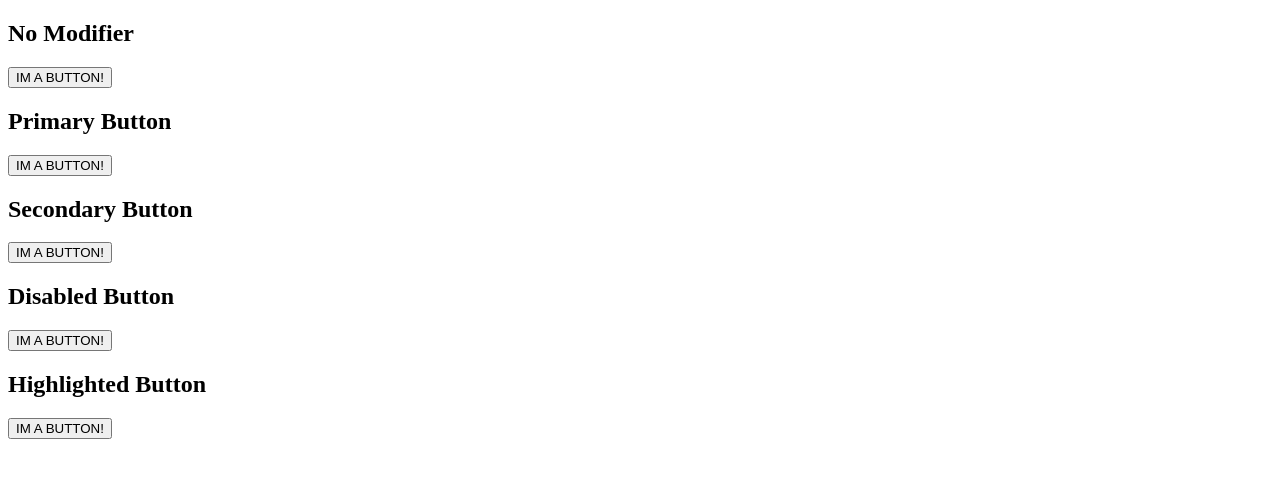
Repository: Jvien2/3126-repo
Page: index.html
The author's editor kept a copy of each file at every save. The page is drawn from the files as they stood at one save, then again after the next save.
The browser window is 1280 px wide. The pictures show the whole page.

Above is the page before, as saved 2026-10-01 00:55:51.
Not found: code.js

### index.html
<!DOCTYPE html>
<html lang="en">
<head>
    <meta charset="UTF-8">
    <meta name="viewport" content="width=device-width, initial-scale=1.0">
    <title>Assignment 1</title>
    <link rel="stylesheet" href="style.css">
    <script src="code.js" defer></script>
</head>
<body>
    <!-- regular button -->
    <h2>No Modifier</h2>
        <button class="btn">IM A BUTTON!</button>

    <!-- prmary -->
    <h2>Primary Button</h2>
        <button class="btn btn-primary">IM A BUTTON!</button>

    <!-- secondary -->
    <h2>Secondary Button</h2>
         <button class="btn btn-secondary">IM A BUTTON!</button>

    <!-- disabled -->
    <h2>Disabled Button</h2>
         <button class="btn btn-disabled">IM A BUTTON!</button>

    <!-- highlighted -->
    <h2>Highlighted Button</h2>
         <button class="btn btn-highlight">IM A BUTTON!</button>

</body>
</html>

### style.css
.btn {
    width: fit-content;
}

After the next save:
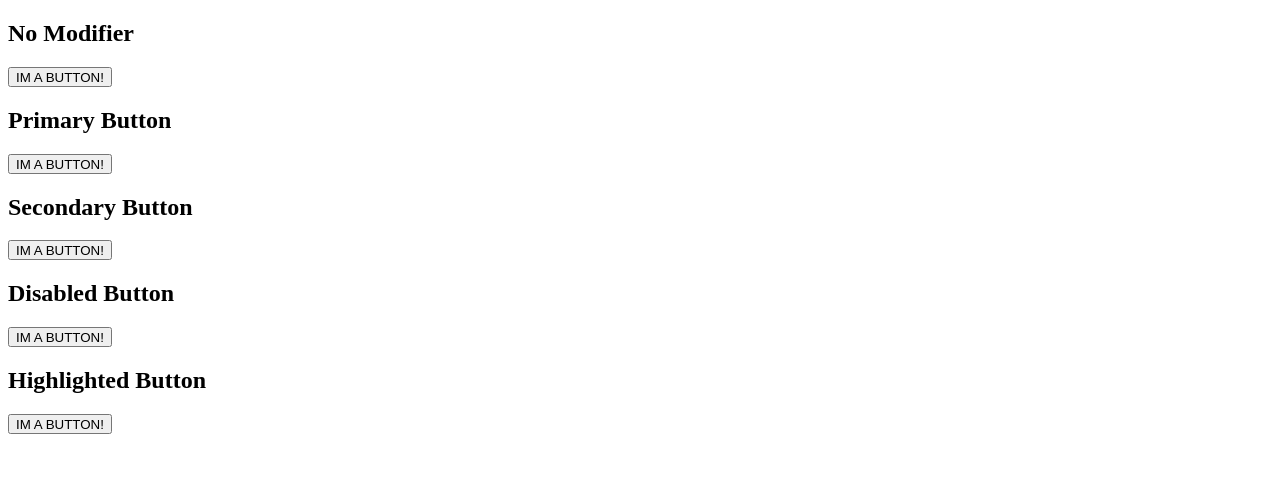
Saved 13 s later.
--- a/style.css
+++ b/style.css
@@ -1,3 +1,4 @@
 .btn {
     width: fit-content;
+    height: 20px
 }

After the save that followed:
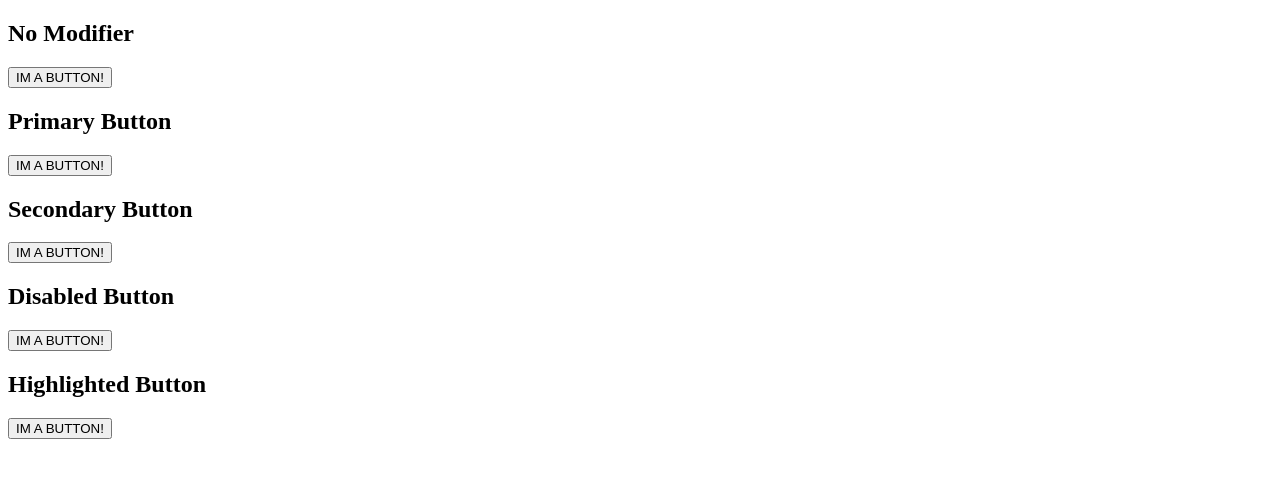
Saved 12 s later.
--- a/style.css
+++ b/style.css
@@ -1,4 +1,4 @@
 .btn {
     width: fit-content;
-    height: 20px
+    /* height: 20px */
 }
